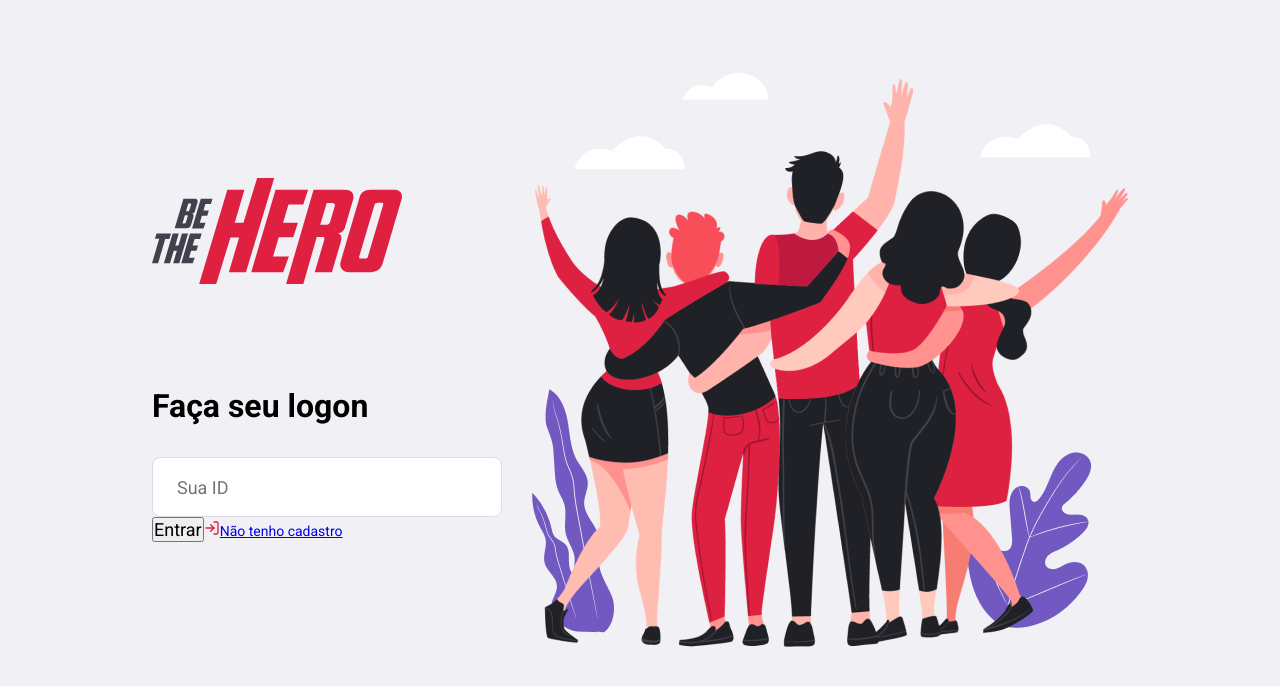
Repository: leandrohv/omnistack11-be-the-hero
Page: / (app in frontend/)
The author's editor kept a copy of each file at every save. The page is drawn from the files as they stood at one save, then again after the next save.
The browser window is 1280 px wide. The pictures show the whole page.
The project was rebuilt for these pictures with package versions that can differ from the ones it lists, and the page was loaded fresh each time.

Above is the page before, as saved 2020-03-26 00:17:20.

After the next save:
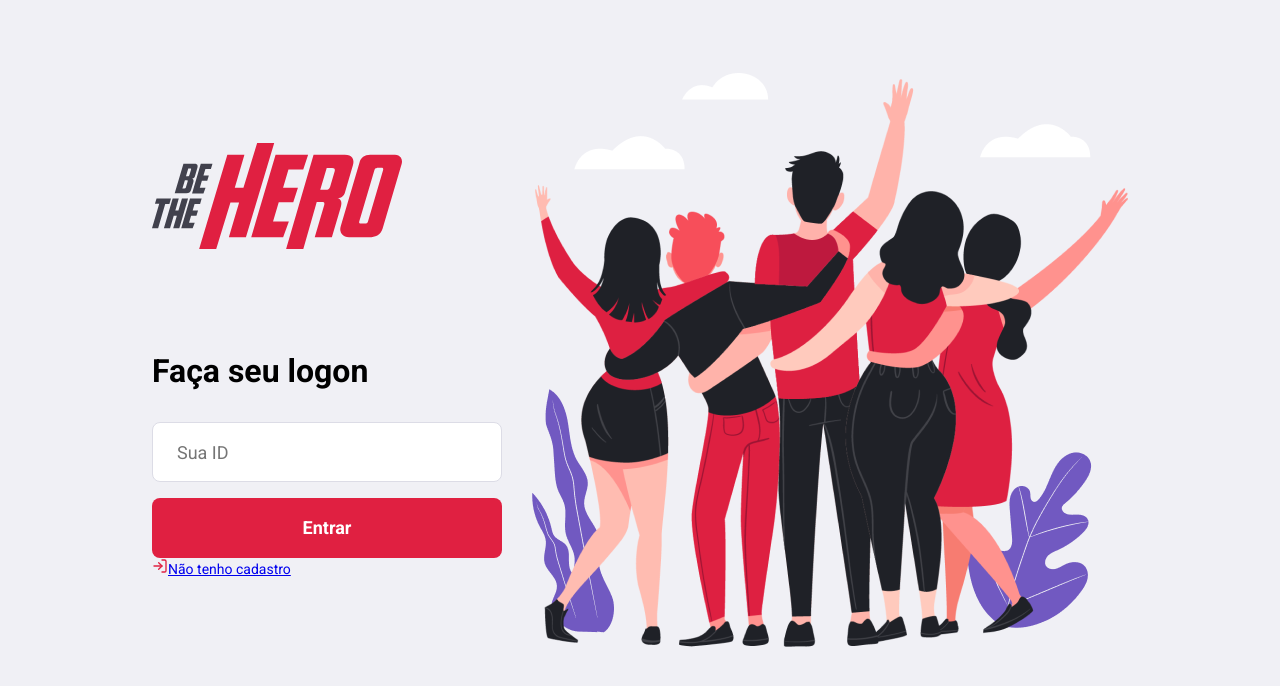
Saved 18 s later.
--- a/frontend/src/pages/Logon/index.js
+++ b/frontend/src/pages/Logon/index.js
@@ -16,7 +16,7 @@ export default function Logon() {
                     <h1>Faça seu logon</h1>
 
                     <input placeholder="Sua ID" />
-                    <button type="submit" >Entrar</button>
+                    <button className="button" type="submit" >Entrar</button>
 
                     <a href="/register">
                         <FiLogIn size={16} color="#E02041" />
